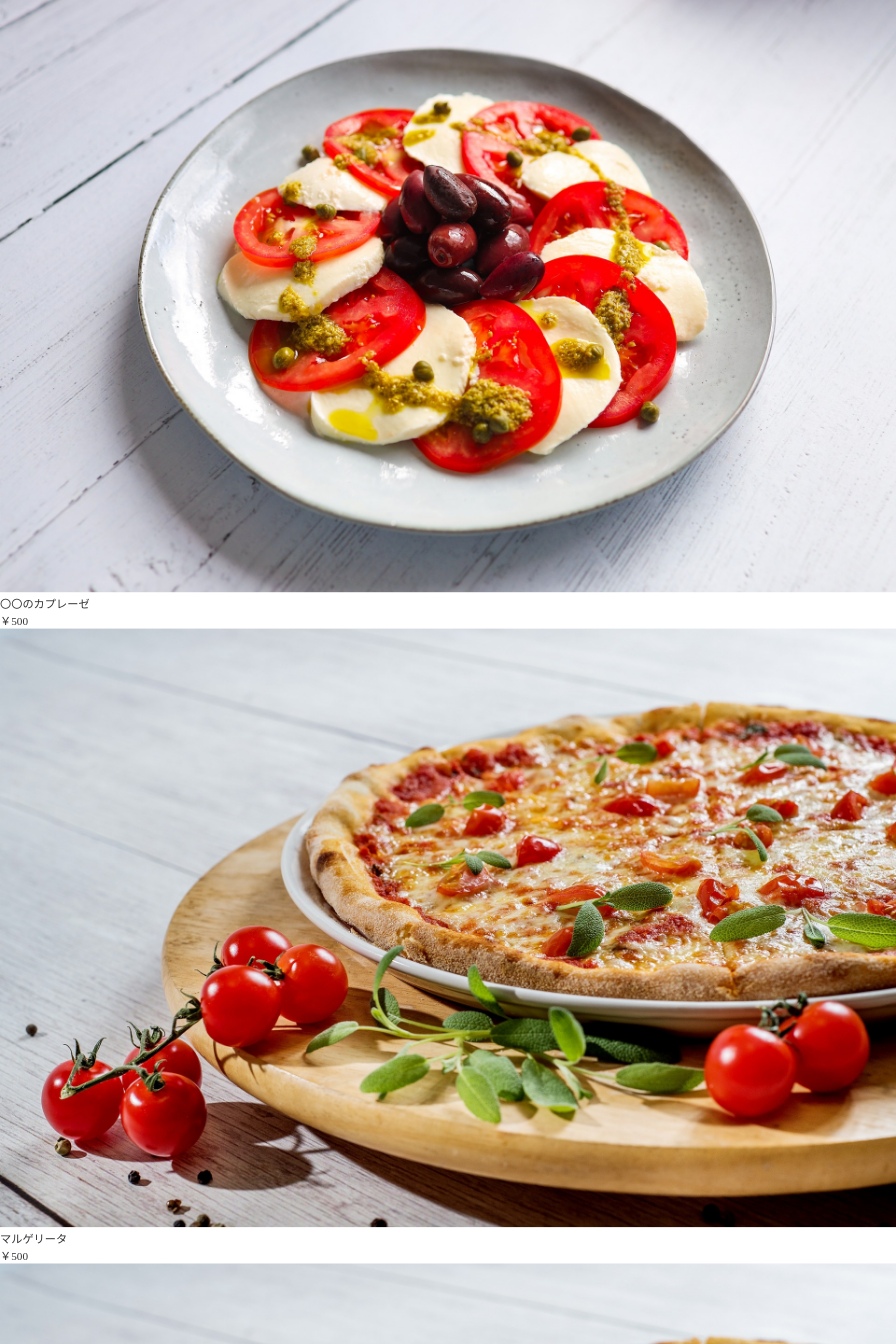
Repository: konatsu-0806/demo-site
Page: FromFigma/index.html
The author's editor kept a copy of each file at every save. The page is drawn from the files as they stood at one save, then again after a run of saves.
The browser window is 1280 px wide. The pictures show the part of the page from y = 4580 to 6500 px (the page is 8198 px tall before and 8197 px after), at 70% of full size.

Above is the page before, as saved 2023-02-13 17:00:55.

### FromFigma/index.html
<!DOCTYPE html>
<html lang="ja">

<head>
  <meta charset="UTF-8">
  <meta name="viewport" content="width=device-width, initial-scale=1.0">
  <meta http-equiv="X-UA-Compatible" content="ie=edge">
  <link rel="stylesheet" href="css/style.css">
  <title>demosite</title>
</head>

<body>
  <header class="header_bg">
    <div class="header_contents">
      <h1>Restaurant</h1>
      <div class="responsive_btn">
        <div class="menu_line"></div>
        <div class="menu_line"></div>
        <div class="menu_line"></div>
      </div>
      <nav class="header_nav">
        <ul class="header_nav_lists">
          <li><a class="nav_link" href="">HOME</a></li>
          <li><a class="nav_link" href="">LUNCH</a></li>
          <li><a class="nav_link" href="">DINNER</a></li>
          <li><a class="nav_link" href="">ACCESS</a></li>
          <li><a class="nav_link" href="">CONTACT</a></li>
        </ul>
      </nav>
    </div>
  </header>
  <script src="js/master.js"></script>

  <div class="main_visual">
   <img src="img/mgg-vitchakorn-98Xi5vMGKck-unsplash.jpg" alt="">
  </div>

  <div class="intro_bg">
    <div class="intro_contents">
        <div class="intro_img">
            <img src="img/pratik-gupta-gyt0s3wR1YM-unsplash.jpg" alt="">
        </div>
        <div class="intro_sentence">
            <p class="text-center">
              イタリアンレストラン「〇<br />
              〇（店名）」は令和2年3月<br />
              に〇〇（所在）にてオープン<br />
              いたしました。
            </p>
            <p class="text-center">
              当店の自慢はなんといって<br />
              もシェフこだわりの生パスタ<br />
              でございます。<br />
            </p>
            <p class="text-center">
              生パスタは水分が多く含ま<br />
              れており、もちもちとした食<br />
              感が特徴的で、本場イタリア<br />
              でよく食べられているパスタ<br />
              です。
            </p>
            <p class="text-center">
              本場イタリアの生パスタを<br />
              研究し尽くしたシェフ自慢の<br />
              パスタを是非一度ご賞味くだ<br />
              さい。
            </p>
        </div>
    </div>
</div>

<div class="lunch">
  <div class="lunch_contents">
    <div class="lunch_intro">
      <h1>～LUNCH～<br />
        10:00~15:00（日・祝を除く）
      </h1>
      <p class="text-center">当店では平日と土曜日のみランチ<br />
        タイムの営業を行っております。
      </p>
      <p class="text-center">ランチタイムは、当店自慢のもち<br />
        もちの生パスタと、ドリンク・サラ<br />
        ダ・スープ付のセットとドリンク・<br />
        ガーリックトースト・スープ付セッ<br />
        トの2種類がございます。
      </p>
      <p class="text-center">パスタは和風と洋風の２種類をご<br />
        用意しております。
      </p>
    </div>
    <div class="lunch_img">
      <img src="img/fresh-pasta-g68aa8d9f2_1920.jpg" alt="">
    </div>
  </div>
  </div>
  <div class="lunch_menu">
    <h1>LUNCH MENU</h1>
    <div class="cutlery"><img src="img/無題11_20221128200219.png" alt=""></div>
    <div class="menu_set">
      <div class="a_set">
       <h2>Aセット</h2>
        <ul>
          <li>・生パスタ（和風 or 洋風）</li>
          <li>・サラダ</li>
          <li>・スープ</li>
          <li>・ドリンク</li>
        </ul>
        <h3>￥1000</h3>
      </div>
      <div class="b_set">
        <h2>Bセット</h2>
        <ul>
          <li>・生パスタ（和風 or 洋風）</li>
          <li>・ガーリックトースト</li>
          <li>・スープ</li>
          <li>・ドリンク</li>
        </ul>
        <h3>￥1000</h3>
      </div>
    </div>
      <p>※価格はすべて税込みです。<br />
      ※パスタ・サラダ・スープの内容は日によって異なります。ご了承くださいませ。
      </p>
  </div>

  <div class="dinner">
    <div class="dinner_contents">
      <div class="dinner_intro">
        <h1>～DINNER～<br />
          17:00~23:00
        </h1>
        <p>テキストテキストテキストテキスト<br />
          テキストテキストテキストテキスト<br />
          テキストテキストテキストテキスト<br />
          テキストテキストテキストテキスト<br />
          テキスト<br />
        </p>
      </div>
      <div class="dinner_img">
        <img src="img/pizza-gac0f3843a_1280.jpg" alt="">
        <p>〇〇と〇〇のピザ  ￥880</p>
      </div>
    </div>
  </div>
  <div class="dinner_menu">
    <h1>DINNER MENU</h1>
    <div class="cutlery"><img src="img/無題11_20221128200219.png" alt=""></div>
  </div>
  <div class="dish1">
    <img src="img/jason-leung-O67LZfeyYBk-unsplash.jpg" alt="">
    <p>〇〇仕込みの<br />
      ローストビーフ<br />
    </p>
    <p class="price">￥900</p>
  </div>
  <div class="dish2">
    <img src="img/mozzarella-salad-g85af32bc5_1920.jpg" alt="">
    <p>〇〇のカプレーゼ</p>
    <p class="price">￥500</p>
  </div>
  <div class="dish3">
    <img src="img/pizza-gff7141cbc_1920.jpg" alt="">
    <p>マルゲリータ</p>
    <p class="price">￥500</p>
  </div>
  <div class="flex">
    <div class="dish4">
      <img src="img/pizza-gff7141cbc_1920.jpg" alt="">
      <p>マルゲリータ</p>
      <p class="price">￥500</p>
    </div>
    <div class="dish3">
      <img src="img/pizza-gff7141cbc_1920.jpg" alt="">
      <p>マルゲリータ</p>
      <p class="price">￥500</p>
    </div>
  </div>
</body>

</html>

### FromFigma/css/style.css
/* Reset style */
* {
    margin: 0;
    padding: 0;
    box-sizing: border-box;
    list-style: none;
    text-decoration: none;
    color: #333;
}

/* Normal header style */
.header_bg {
    width: 100%;
    height: 80px;
}

.header_contents {
    width: 100%;
    max-width: 1024px;
    height: 100%;
    margin: 0 auto;
    display: flex;
    justify-content: space-between;
    align-items: center;
}

.header_contents h1 {
    font-size: 22px;
    margin: 0 0 0 40px;
}

.header_nav_lists {
    display: flex;
}

.header_nav_lists li {
    margin: 0 40px 0 0;
}

.nav_link {
    font-size: 18px;
}

/* Responsive menu button */
.responsive_btn {
    display: none;
    flex-direction: column;
    align-items: center;
    justify-content: center;
    width: 32px;
    height: 32px;
    margin: 0 40px 0 0;
    cursor: pointer;
    position: relative;
    z-index: 10;
}

.menu_line {
    background-color: #333;
    border-radius: 5px;
    width: 100%;
    height: 5px;
    margin: 4px 0;
}

/* Reaponsive style */
@media screen and (max-width: 768px) {
    .responsive_btn {
        display: flex;
    }

    .header_bg {
        position: relative;
    }

    .header_nav {
        background-color: white;
        width: 100%;
        height: 100vh;
        padding: 80px 0 0 0;
        position: absolute;
        top: 0;
        right: -100%;
        transition: .5s;
    }

    .header_nav_lists {
        display: block;
        text-align: center;
    }

    .header_nav_lists li {
        margin: 0 0 40px;
        text-align: center;
    }

    .nav_link {
        font-size: 20px;
    }
}

/* js function "menuToggle" starting only */
.menu_active {
    right: 0;
  }

/* 1st pic */
img {
    width: 100%;
}

.main_visual {
    padding: 0 50px;
    margin: auto;
    max-width: 1200px;
}

/* contents */
.intro_bg {
    width: 100%;
    max-width: 1200px;
    margin: auto;
    padding: 120px 50px 30px 70px;
}
.contents img {
    width: 100%;
}
.text-center {
    text-align: center;
}
.intro_contents {
    display: flex;
}
.intro_img {
    width: 55%;
    margin: auto;
    box-shadow: -30px -30px 1px 1px rgba(0, 0, 0, 0.7);
}
.lunch_img {
    position: relative;
    padding:30px;
}
.lunch_img:before,.lunch_img:after{
    content:'';
    width: 300px;
    height: 100px;
    position: absolute;
    display: inline-block;
}
.lunch_img:before{
    border-left: solid 1px rgb(158, 154, 154);
    border-top: solid 1px rgb(158, 154, 154);
    top: 0px;
    left: 0;
}
.lunch_img:after{
    border-right: solid 1px rgb(158, 154, 154);
    border-bottom: solid 1px rgb(158, 154, 154);
    bottom:0;
    right: 0;
}
.lunch_img img {
    margin: 0;
    padding: 0;
}
.intro_sentence {
    width: 45%;
    margin: auto .5rem;
}
@media screen and (max-width: 767px) {
    .intro_contents {
        display: block;
    }
    .intro_contents .intro_img {
        width: 100%;
        margin: 0 auto;
    }
    .intro_contents .intro_sentence {
        width: 100%;
        margin: 0 auto;
    }
}

/* lunch */
.lunch {
    width: 100%;
    max-width: 1200px;
    margin: auto;
    padding: 100px 50px 0px 50px;
    background-color: #e8dcbe;
}
.lunch img {
    width: 100%;
}
.text-center {
    text-align: center;
}
.lunch_contents {
    display: flex;
}
.lunch_intro {
    width: 55%;
    margin: auto;
}
.lunch_img {
    width: 45%;
    margin: auto .5rem;
    padding-top: 20px;
}

.lunch h1 {
    text-align: center;
    font-family: Georgia, serif;
    margin-bottom: 70px;
}

@media screen and (max-width: 767px) {
    .lunch_contents {
        display: block;
    }
    .lunch_contents .lunch_intro {
        width: 100%;
        margin: 0 auto;
    }
    .lunch_contents .lunch_img {
        width: 100%;
        margin: 0 auto;
    }
}
/* lunch menu */
.lunch_menu {
    width: 100%;
    max-width: 1200px;
    margin: auto;
    padding: 150px 50px 0px 50px;
    background-color: #e8dcbe;
}
.lunch_menu h1 {
    text-align: center;
    font-family: Georgia, serif;
}
.lunch_menu img {
    width: 40%;
}
.cutlery {
    text-align: center;
}
.menu_set {
    display: flex;
    justify-content: space-around;
    margin-top: 100px;
}
.a_set {
    background-color: #cbca78;
    padding: 50px 30px ;
}
.a_set h2 {
    font-family: Georgia, serif;
    padding-bottom: 30px;
    text-align: center;
}
.a_set h3 {
    padding-top: 30px;
    text-align: right;
}
.b_set {
    background-color: #cbca78;
    padding: 50px 30px ;
}
.b_set h2 {
    font-family: Georgia, serif;
    padding-bottom: 30px;
    text-align: center;
}
.b_set h3 {
    padding-top: 30px;
    text-align: right;
}
.lunch_menu p {
    padding: 50px 0px 150px 0px;
}
@media screen and (max-width: 767px) {
    .menu_set {
        display: block;
    }
    .a_set {
        margin-bottom: 20px;
    }
    .menu_set li {
        padding-left: 80px;
    }
}
/* dinner */
.dinner {
    width: 100%;
    max-width: 1200px;
    margin: auto;
    padding: 100px 50px 0px 50px;
    background-color: #e8dcbe;
}
.dinner img {
    width: 100%;
}
.dinner p {
    text-align: center;
}
.dinner_contents {
    display: flex;
}
.dinner_intro {
    width: 55%;
    margin: auto;
}
.dinner_img {
    width: 45%;
    margin: auto .5rem;
    padding-top: 20px;
}

.dinner h1 {
    text-align: center;
    font-family: Georgia, serif;
    margin-bottom: 70px;
}
.dinner_img {
    position: relative;
    padding:30px;
}
.dinner_img:before,.dinner_img:after{
    content:'';
    width: 300px;
    height: 100px;
    position: absolute;
    display: inline-block;
}
.dinner_img:before{
    border-left: solid 1px rgb(158, 154, 154);
    border-top: solid 1px rgb(158, 154, 154);
    top: 0px;
    left: 0;
}
.dinner_img:after{
    border-right: solid 1px rgb(158, 154, 154);
    border-bottom: solid 1px rgb(158, 154, 154);
    bottom:0;
    right: 0;
}
.dinner_img img {
    margin: 0;
    padding: 0;
}

@media screen and (max-width: 767px) {
    .dinner_contents {
        display: block;
    }
    .dinner_contents .dinner_intro {
        width: 100%;
        margin: 0 auto;
    }
    .dinner_contents .dinner_img {
        width: 100%;
        margin: 0 auto;
    }
}
/* dinner menu */
.dinner_menu {
    width: 100%;
    max-width: 1200px;
    margin: auto;
    padding: 150px 50px 0px 50px;
    background-color: #e8dcbe;
}
.dinner_menu h1 {
    text-align: center;
    font-family: Georgia, serif;
}
.dinner_menu img {
    width: 40%;
}
.cutlery {
    text-align: center;
}

### FromFigma/js/master.js
const responsive_menu_btn = document.querySelector('.responsive_btn');
responsive_menu_btn.addEventListener('click', menuToggle);

function menuToggle() {
  const header_menu_detail = document.querySelector('.header_nav');
  header_menu_detail.classList.toggle('menu_active');
}

After the next 2 saves:
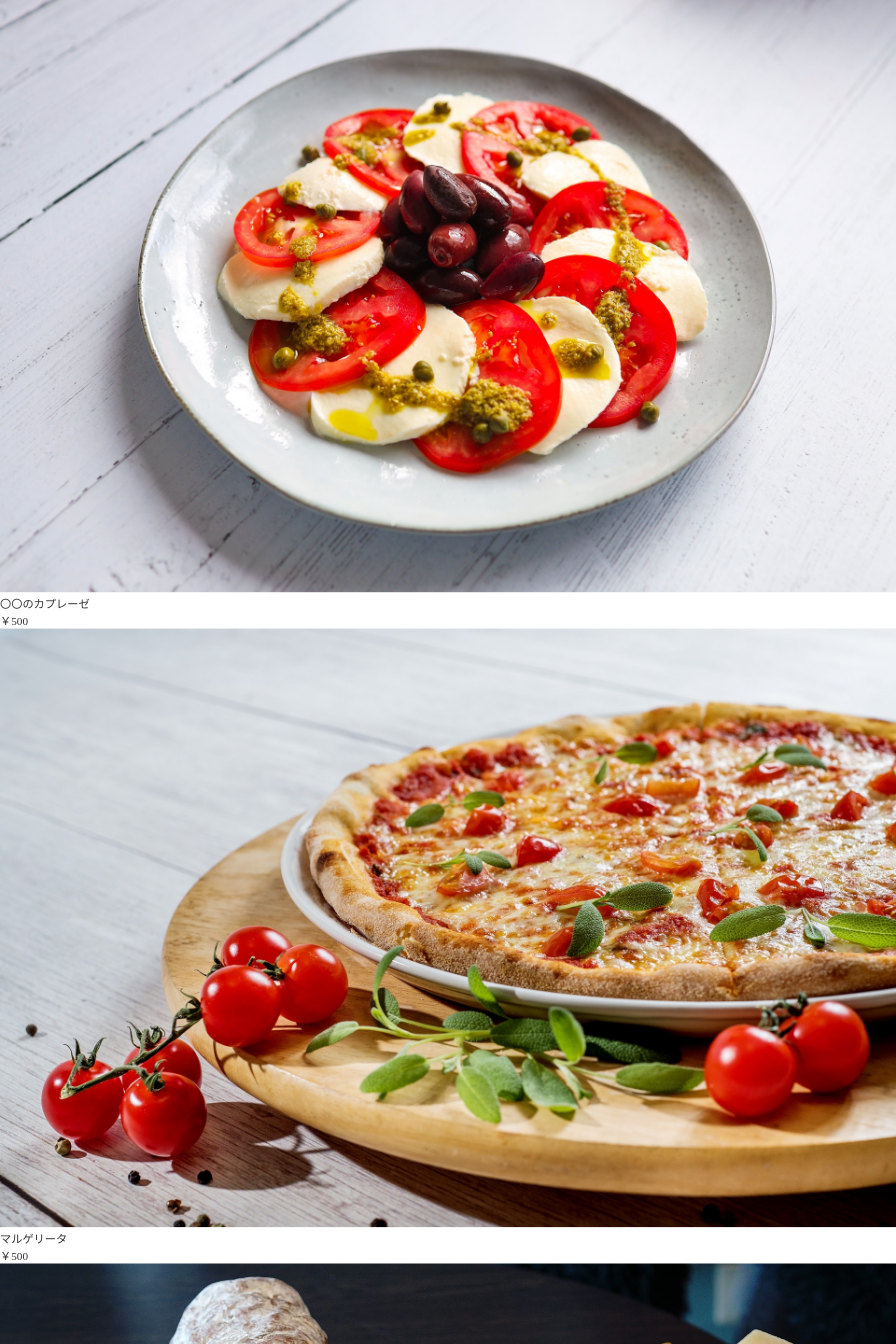
The 2 saves are shown as one change because they came seconds apart.
The last was saved 47 s later.
--- a/FromFigma/index.html
+++ b/FromFigma/index.html
@@ -165,7 +165,7 @@
   </div>
   <div class="flex">
     <div class="dish4">
-      <img src="img/pizza-gff7141cbc_1920.jpg" alt="">
+      <img src="img/meal-g47ef517fb_1920.jpg" alt="">
       <p>マルゲリータ</p>
       <p class="price">￥500</p>
     </div>
